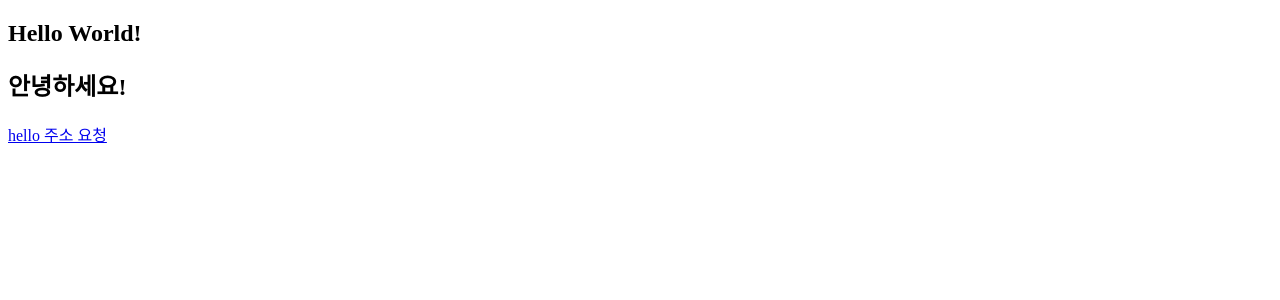
Repository: kimteayoung/spring
Page: http://localhost/spring_20211123_01/
These files come from the project's save history. The page is drawn as it stood at one moment and after the next save; the edit follows.
The browser window is 1280 px wide. The pictures show the whole page.
The page is served by Tomcat 9. Other server files are loaded and not shown.

Above is the page before, as saved 2021-11-23 04:12:34.

### workspace-sts-3.9.18.RELEASE/spring_20211123_01/src/main/webapp/WEB-INF/views/home.jsp
<%@ page language="java" contentType="text/html; charset=UTF-8"
    pageEncoding="UTF-8"%>
<!DOCTYPE html>
<html>
<head>
<meta charset="UTF-8">
<title>Insert title here</title>
</head>
<body>
   <h2>Hello World!</h2>
   <h2>안녕하세요!</h2>

   <a href="hello">hello 주소 요청</a>

</body>
</html>

After the next save:
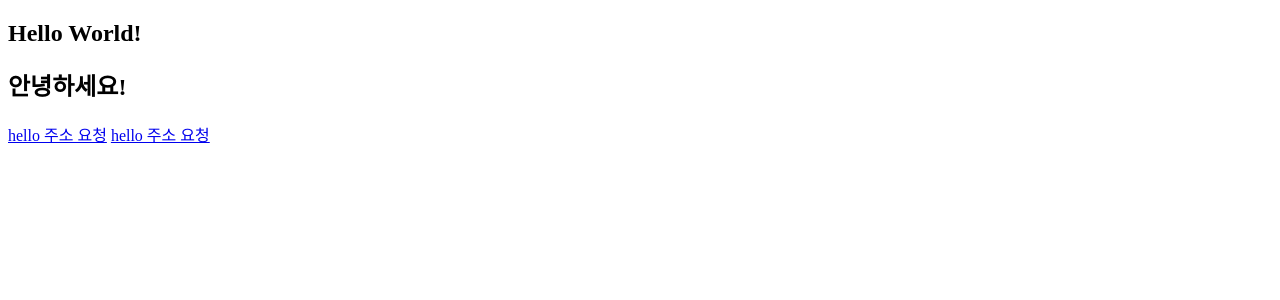
Saved 50 s later.
--- a/workspace-sts-3.9.18.RELEASE/spring_20211123_01/src/main/webapp/WEB-INF/views/home.jsp
+++ b/workspace-sts-3.9.18.RELEASE/spring_20211123_01/src/main/webapp/WEB-INF/views/home.jsp
@@ -11,6 +11,6 @@
    <h2>안녕하세요!</h2>
 
    <a href="hello">hello 주소 요청</a>
-
+   <a href="intro">hello 주소 요청</a>
 </body>
 </html>

After the save that followed:
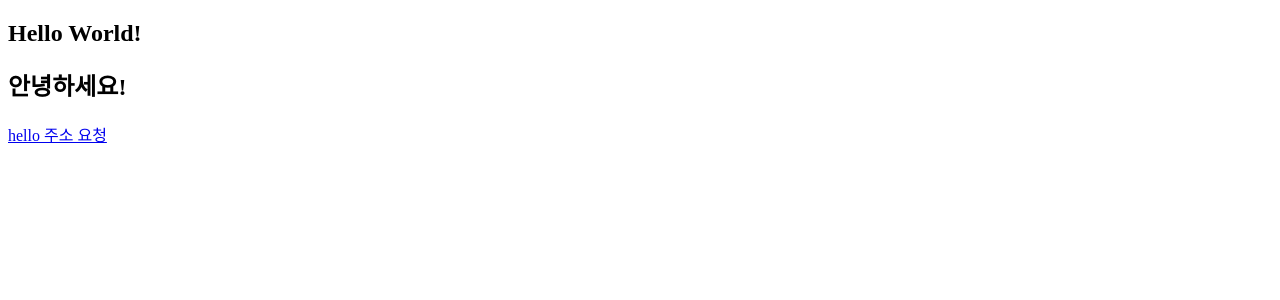
Saved 4 min 28 s later.
--- a/workspace-sts-3.9.18.RELEASE/spring_20211123_01/src/main/webapp/WEB-INF/views/home.jsp
+++ b/workspace-sts-3.9.18.RELEASE/spring_20211123_01/src/main/webapp/WEB-INF/views/home.jsp
@@ -11,6 +11,5 @@
    <h2>안녕하세요!</h2>
 
    <a href="hello">hello 주소 요청</a>
-   <a href="intro">hello 주소 요청</a>
 </body>
 </html>
